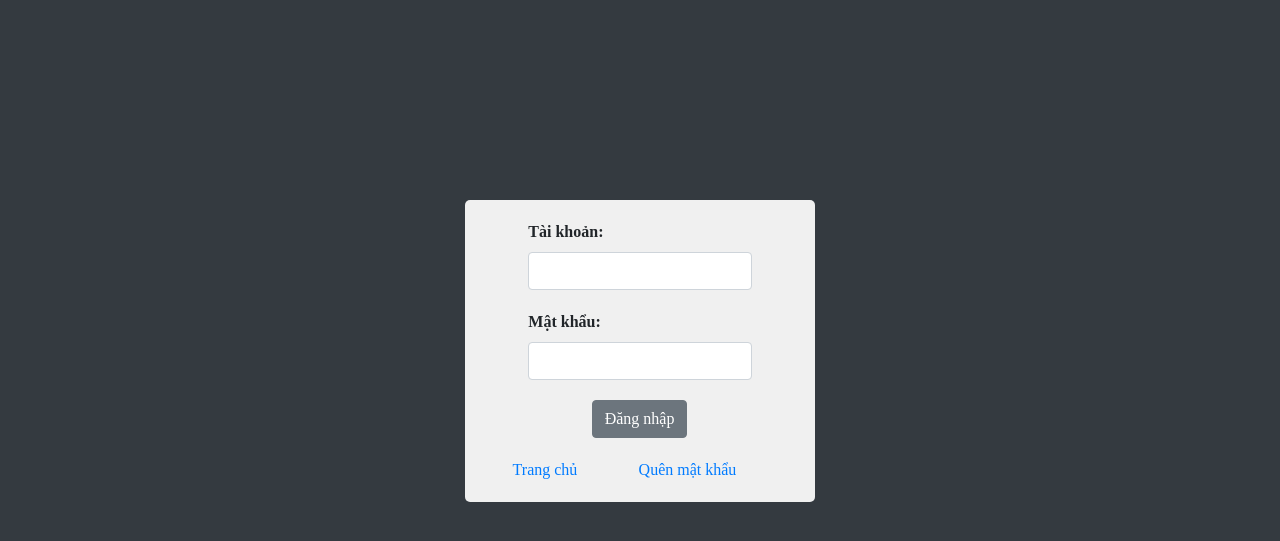
Repository: cuongnh2k/phimmoi
Page: http://localhost/phimmoi/Login.jsp
An editor plug-in stored every save of this project. The page is shown before and after the next save, followed by the edit.
The browser window is 1280 px wide. The pictures show the whole page.
Some web fonts or font styles are not loaded; a fallback is used. The page is served by Tomcat 9. Nobody is signed in. The application's start-up code is not run.

Above is the page before, as saved 2021-08-23 02:58:01.

After the next save:
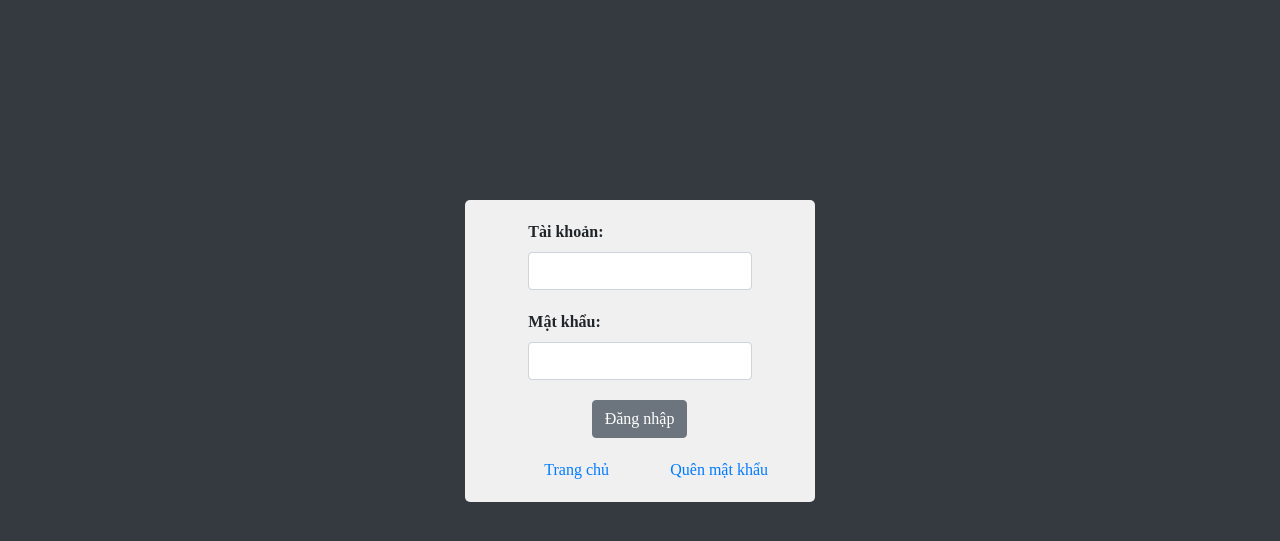
Saved 14 s later.
--- a/phimmoi/src/main/webapp/Login.jsp
+++ b/phimmoi/src/main/webapp/Login.jsp
@@ -94,7 +94,7 @@
 					<input type="submit" value="Đăng nhập" class="btn btn-secondary">
 				</div>
 				<div class="col-4"></div>
-				<div class="col-1"></div>
+				<div class="col-2"></div>
 				<div class="col-4 text-center" style="margin-top: 20px; margin-bottom: 20px;">
 					<a href="home" class="text-center">Trang chủ</a>
 				</div>
